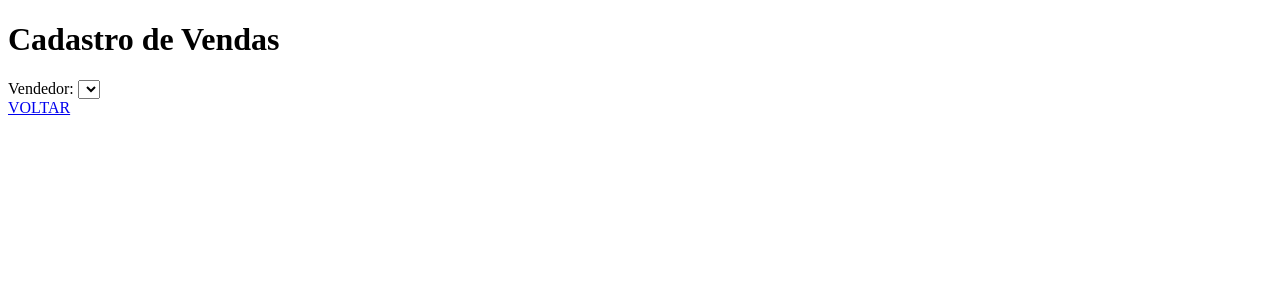
Repository: gabriellacrystina/workspaceWeb
Page: http://localhost/PrjVendas/CadastroVendas.jsp
These files come from the project's save history. The page is drawn as it stood at one moment and after the next save; the edit follows.
The browser window is 1280 px wide. The pictures show the whole page.
The page is served by Tomcat 9. Other server files are loaded and not shown.

Above is the page before, as saved 2015-09-21 13:59:17.

### PrjVendas/WebContent/CadastroVendas.jsp
<%@ page language="java" contentType="text/html; charset=ISO-8859-1"
    pageEncoding="ISO-8859-1"%>

<%@ page import="java.util.ArrayList" %>
<%@ page import="Modelo.Vendedor" %>
<!DOCTYPE html PUBLIC "-//W3C//DTD HTML 4.01 Transitional//EN" "http://www.w3.org/TR/html4/loose.dtd">
<html>
	<head>
	<meta http-equiv="Content-Type" content="text/html; charset=ISO-8859-1">
	<title>Cadastro de Vendas</title>
	</head>
	<body>
		<form action="CadastroVendas" method="post">

		<h1>Cadastro de Vendas</h1>

		Vendedor:
		<select name="vendedor">

		<%
			ArrayList<Vendedor> listaVendedor = (ArrayList<Vendedor>) session.getAttribute("listaVendedor");

			if(listaVendedor != null){
				for(int i = 0; i < listaVendedor.size(); i++){
				%>
					<option value="<%=i%>"><%=listaVendedor.get(i).getNome()%></option><br><br>
				<%
				}
			}
			%>

		</select><br>
		<a href="Menu.jsp">VOLTAR</a><br>
		</form>
	</body>
</html>

After the next save:
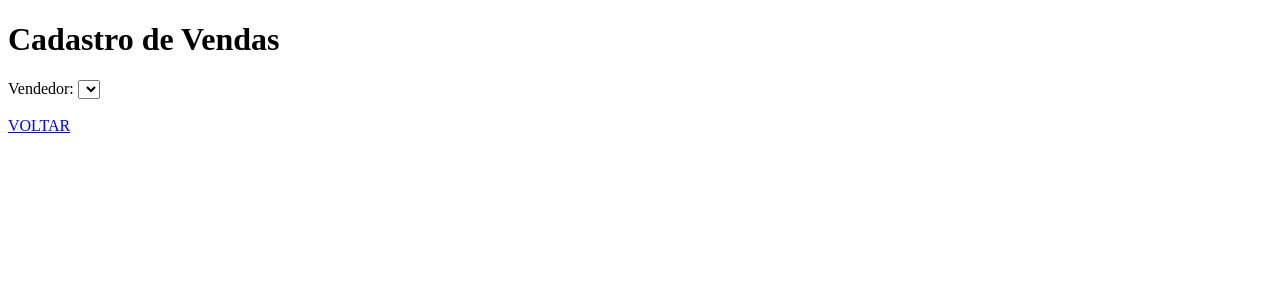
Saved 19 s later.
--- a/PrjVendas/WebContent/CadastroVendas.jsp
+++ b/PrjVendas/WebContent/CadastroVendas.jsp
@@ -23,13 +23,13 @@
 			if(listaVendedor != null){
 				for(int i = 0; i < listaVendedor.size(); i++){
 				%>
-					<option value="<%=i%>"><%=listaVendedor.get(i).getNome()%></option><br><br>
+					<option value="<%=i%>"><%=listaVendedor.get(i).getNome()%></option>
 				<%
 				}
 			}
 			%>
 
-		</select><br>
+		</select><br><br>
 		<a href="Menu.jsp">VOLTAR</a><br>
 		</form>
 	</body>
